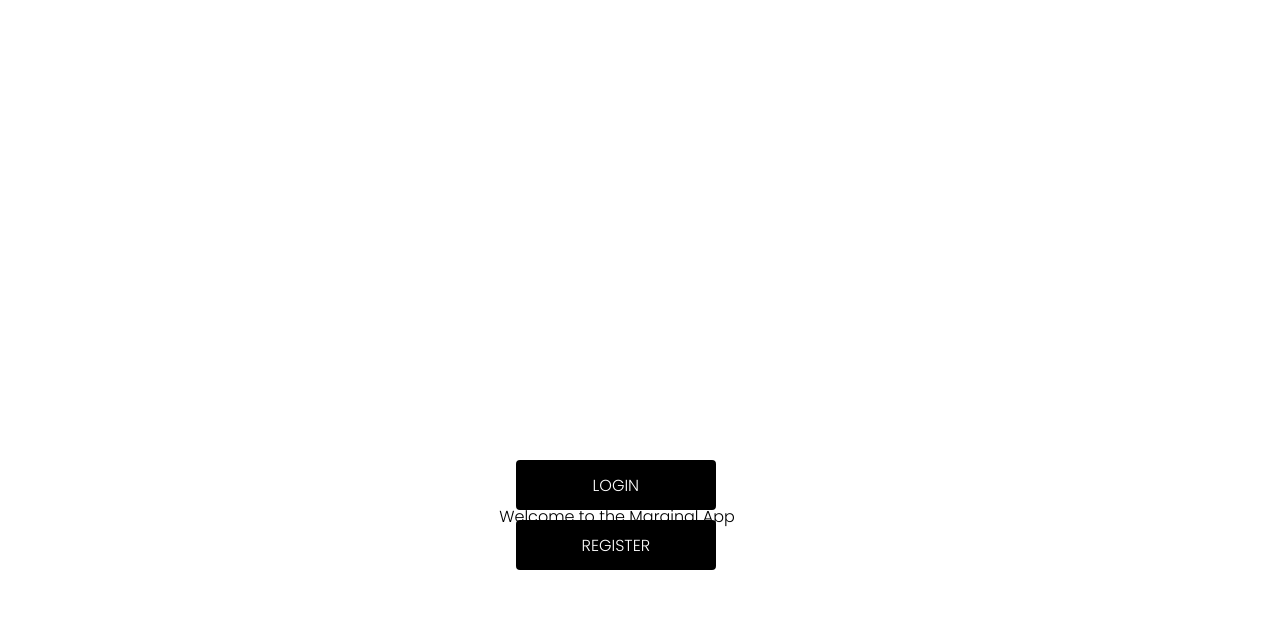
Repository: vu9ar/vu9ar.github.io
Page: WelcomePage/welcome.html
These files come from the project's save history. The page is drawn as it stood at one moment and after the next save; the edit follows.
The browser window is 1280 px wide. The pictures show the whole page.

Above is the page before, as saved 2022-03-27 19:36:15.

After the next save:
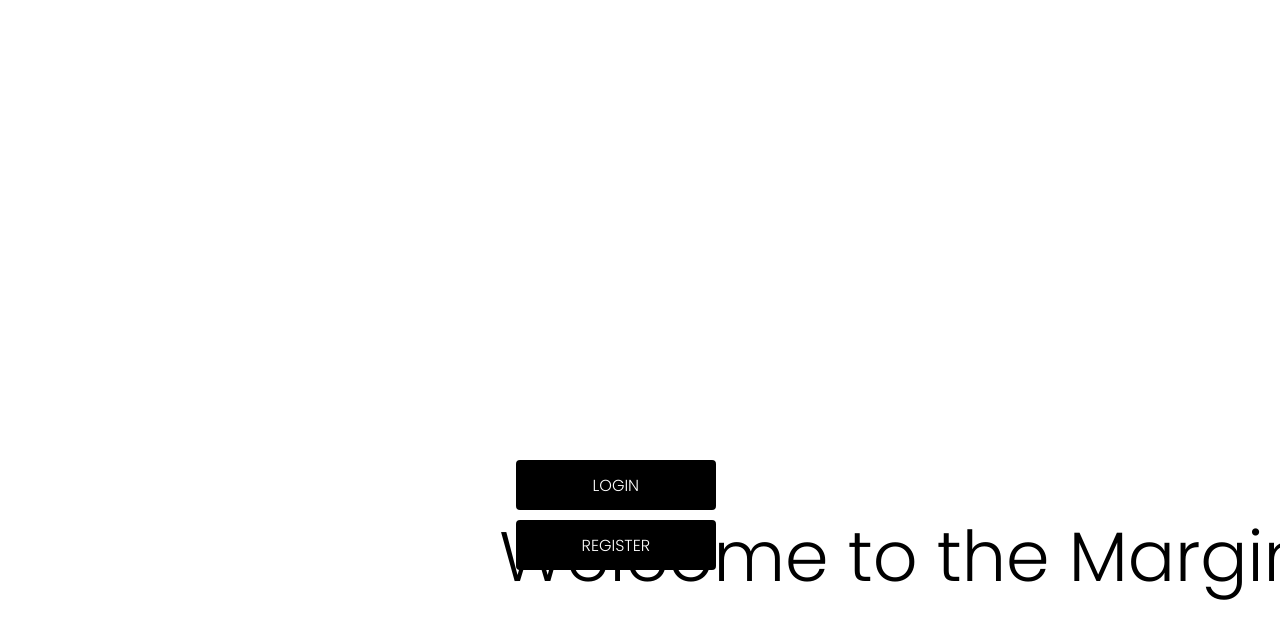
Saved 20 s later.
--- a/WelcomePage/style.css
+++ b/WelcomePage/style.css
@@ -96,5 +96,5 @@
     margin-left: 39%;
     width: 100%;
     height: 60px;
-    font-size: 200;
+    font-size: 70px;
 }
